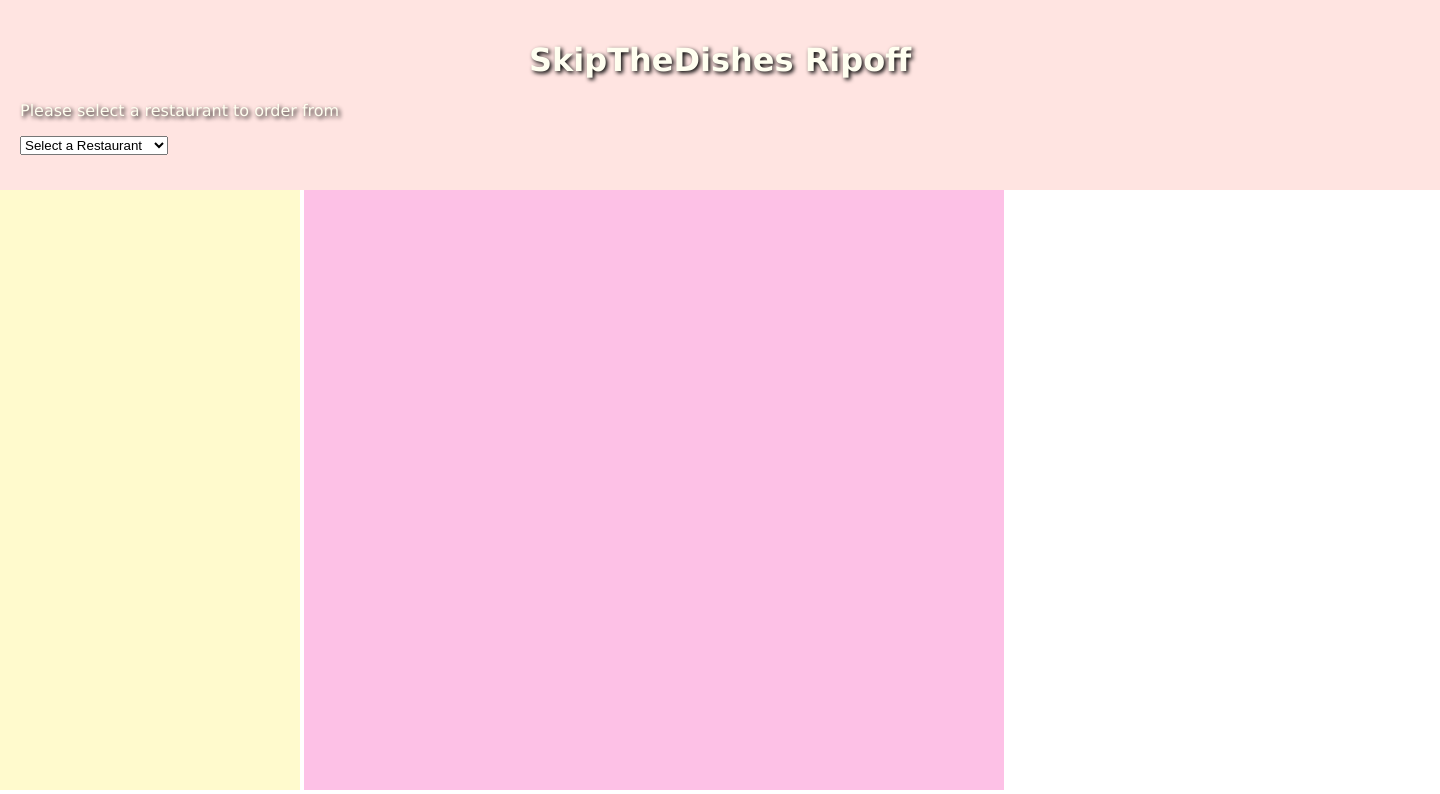
Repository: hudaali14/Carleton
Page: 2406/Assignments/Assignment1 (97)/order.html
An editor plug-in stored every save of this project. The page is shown before and after the next save, followed by the edit.
The browser window is 1280 px wide. The page is 1440 px wide, then 1280 px, so the pictures cover 1440 px, including what lies to the right of the window. The pictures show the whole page.

Above is the page before, as saved 2020-01-25 20:39:24.

### 2406/Assignments/Assignment1 (97)/order.html
<html>
    <head>
        <title> Title </title>
        <link rel="stylesheet" href="style.css">
    </head>
    <body onload="init()">
        <div id="header">
            <h1>SkipTheDishes Ripoff</h1>
            <div id="dropdownText">
                <p>Please select a restaurant to order from</p>
                <select id="dropdown">
                    <option value="select a restaurant" selected>Select a Restaurant</option>
                </select>
            </div>
        </div>

        <div id="categories">
        </div>

        <div id="items">
        </div>

        <script src="client.js"></script>
    </body>
</html>

### 2406/Assignments/Assignment1 (97)/style.css
#header{
    width: 1400px;
    height: 150px;
    margin: 0px;
    padding: 20px;
    border: 0px;
    text-align: center;
    background-color: mistyrose;
    color: ivory;
    text-shadow: 2px 2px 4px #000000;
    font-family: 'Lucida Sans';
}

#dropdownText{
    text-align:left;
}

#categories{
    width: 300px;
    height: 600px;
    background-color: lemonchiffon;
    color: black;
    overflow: auto;
    display: inline-block;
    border: 0px;
    margin: 0px;
}

#items{
    width: 700px;
    height: 600px;
    background-color: rgb(253, 193, 230);
    display: inline-block;
    border: 0px;
    margin: 0px;
    color: black;
}


body{
    margin : 0;
}

### 2406/Assignments/Assignment1 (97)/client.js
let aragorn = {
	name: "Aragorn's Orc BBQ", //The name of the restaurant
	min_order: 20, //The minimum order amount required to place an order
	delivery_charge: 5, //The delivery charge for this restaurant
	//The menu
	menu: {
		//First category
		"Appetizers": {
			//First item of this category
			0: {
				name: "Orc feet",
				description: "Seasoned and grilled over an open flame.", //
				price: 5.50
			},
			1: {
				name: "Pickled Orc fingers",
				description: "Served with warm bread, 5 per order.",
				price: 4.00
			},
			2: { //Thank you Kiratchii
				name: "Sauron's Lava Soup",
				description: "It's just really spicy water.",
				price: 7.50
			},
			3: {
				name: "Eowyn's (In)Famous Stew",
				description: "Bet you can't eat it all.",
				price: 0.50
			},
			4: {
				name: "The 9 rings of men.",
				description: "The finest of onion rings served with 9 different dipping sauces.",
				price: 14.50
			}
		},
		"Combos": {
			5: {
				name: "Buying the Farm",
				description: "An arm and a leg, a side of cheek meat, and a buttered biscuit.",
				price: 15.99
			},
			6: {
				name: "The Black Gate Box",
				description: "Lots of unidentified pieces. Serves 50.",
				price: 65.00
			},
			7: {//Thanks to M_Sabeyon
				name: "Mount Doom Roast Special with Side of Precious Onion Rings.",
				description: "Smeagol's favorite.",
				price: 15.75
			},
			8: { //Thanks Shar[TA]
				name: "Morgoth's Scorched Burgers with Chips",
				description: "Blackened beyond recognition.",
				price: 13.33

			},
			9: {
				name: "Slab of Lurtz Meat with Greens.",
				description: "Get it while supplies last.",
				price: 17.50
			},
			10: {
				name: "Rangers Field Feast.",
				description: "Is it chicken? Is it rabbit? Or...",
				price: 5.99
			}
		},
		"Drinks": {
			11: {
				name: "Orc's Blood Mead",
				description: "It's actually raspberries - Orc's blood would be gross.",
				price: 5.99
			},
			12: {
				name: "Gondorian Grenache",
				description: "A fine rose wine.",
				price: 7.99
			},
			13: {
				name: "Mordor Mourvedre",
				description: "A less-fine rose wine.",
				price: 5.99
			}
		}
	}
};

let legolas = {
	name: "Lembas by Legolas",
	min_order: 15,
	delivery_charge: 3.99,
	menu: {
		"Lembas": {
			0: {
				name: "Single",
				description: "One piece of lembas.",
				price: 3
			},
			1: {
				name: "Double",
				description: "Two pieces of lembas.",
				price: 5.50
			},
			2: {
				name: "Triple",
				description: "Three pieces, which should be more than enough.",
				price: 8.00
			}
		},
		"Combos": {
			3: {
				name: "Second Breakfast",
				description: "Two pieces of lembas with honey.",
				price: 7.50
			},
			4: {
				name: "There and Back Again",
				description: "All you need for a long journey - 6 pieces of lembas, salted pork, and a flagon of wine.",
				price: 25.99
			},
			5: {
				name: "Best Friends Forever",
				description: "Lembas and a heavy stout.",
				price: 6.60
			}
		}
	}
};

let frodo = {
	name: "Frodo's Flapjacks",
	min_order: 35,
	delivery_charge: 6,
	menu: {
		"Breakfast": {
			0: {
				name: "Hobbit Hash",
				description: "Five flapjacks, potatoes, leeks, garlic, cheese.",
				price: 9.00
			},
			1: {
				name: "The Full Flapjack Breakfast",
				description: "Eight flapjacks, two sausages, 3 eggs, 4 slices of bacon, beans, and a coffee.",
				price: 14.00
			},
			2: {
				name: "Southfarthing Slammer",
				description: "15 flapjacks and 2 pints of syrup.",
				price: 12.00
			}

		},
		"Second Breakfast": {
			3: {
				name: "Beorning Breakfast",
				description: "6 flapjacks smothers in honey.",
				price: 7.50
			},
			4: {
				name: "Shire Strawberry Special",
				description: "6 flapjacks and a hearty serving of strawberry jam.",
				price: 8
			},
			5: {
				name: "Buckland Blackberry Breakfast",
				description: "6 flapjacks covered in fresh blackberries. Served with a large side of sausage.",
				price: 14.99
			}
		},
		"Elevenses": {
			6: {
				name: "Lembas",
				description: "Three pieces of traditional Elvish Waybread",
				price: 7.70
			},
			7: {
				name: "Muffins of the Marish",
				description: "A variety of 8 different types of muffins, served with tea.",
				price: 9.00
			},
			8: {
				name: "Hasty Hobbit Hash",
				description: "Potatoes with onions and cheese. Served with coffee.",
				price: 5.00
			}
		},
		"Luncheon": {
			9: {
				name: "Shepherd's Pie",
				description: "A classic. Includes 3 pies.",
				price: 15.99
			},
			10: {
				name: "Roast Pork",
				description: "An entire pig slow-roasted over a fire.",
				price: 27.99
			},
			11: {
				name: "Fish and Chips",
				description: "Fish - fried. Chips - nice and crispy.",
				price: 5.99
			}
		},
		"Afternoon Tea": {
			12: {
				name: "Tea",
				description: "Served with sugar and cream.",
				price: 3
			},
			13: {
				name: "Coffee",
				description: "Served with sugar and cream.",
				price: 3.50
			},
			14: {
				name: "Cookies and Cream",
				description: "A dozen cookies served with a vat of cream.",
				price: 15.99
			},
			15: {
				name: "Mixed Berry Pie",
				description: "Fresh baked daily.",
				price: 7.00
			}
		},
		"Dinner": {
			16: {
				name: "Po-ta-to Platter",
				description: "Boiled. Mashed. Stuck in a stew.",
				price: 6
			},
			17: {
				name: "Bree and Apple",
				description: "One wheel of brie with slices of apple.",
				price: 7.99
			},
			18: {
				name: "Maggot's Mushroom Mashup",
				description: "It sounds disgusting, but its pretty good",
				price: 6.50
			},
			19: {
				name: "Fresh Baked Bread",
				description: "A whole loaf of the finest bread the Shire has to offer.",
				price: 6
			},
			20: {
				name: "Pint of Ale",
				description: "Yes, it comes in pints.",
				price: 5
			}
		},
		"Supper": {
			21: {
				name: "Sausage Sandwich",
				description: "Six whole sausages served on a loaf of bread. Covered in onions, mushrooms and gravy.",
				price: 15.99
			},
			22: {
				name: "Shire Supper",
				description: "End the day as you started it, with a dozen flapjacks, 5 eggs, 3 sausages, 7 pieces of bacon, and a pint of ale.",
				price: 37.99
			}
		}
	}
};

let restaurants = [aragorn, legolas, frodo];
let order = [];


function init(){
	let r = document.getElementById("dropdown");
	for(i = 0; i<restaurants.length; i++){
		let resoptions = document.createElement("option");
		str = JSON.stringify(restaurants[i].name);
		resoptions.value = str;
		resoptions.text = str;
		r.appendChild(resoptions);
	}
	let category = document.getElementById("categories");
	r.onchange= displayCategories;
}

function displayCategories(){
	let dropdownMenu=document.getElementById("dropdown");
	let category=document.getElementById("categories");
	// if(items.length == 0){
	// 	if(confirm("There is a current order with items in it. Do you want to clear the order?")){
	// 		items = [];
	// 		return;
	// 	}
	// }
	category.innerHTML="";
	let index=0;
	if(dropdownMenu.selectedIndex==1){
		let aragornMenu= ["Appetizers", "Combos","Drinks"];
		aragornMenu.forEach(element => {
			let para =document.createElement("p");
			para.innerHTML=element;
			category.appendChild(para);
			index++;
		});
		displayItems(aragorn, aragornMenu);
	}else if(dropdownMenu.selectedIndex==2){
		let legolasMenu=["Lembas", "Combos"];
		legolasMenu.forEach(element => {
			let para =document.createElement("p");
			para.innerHTML=element;
			//para.href="/Users/hudaali/Desktop/2406/assignment1#items"
			category.appendChild(para);
			index++;
		});
		displayItems(legolas, legolasMenu);
	}else if(dropdownMenu.selectedIndex==3){
		let frodoMenu=["Breakfast","Second Breakfast","Elevenses","Luncheon","Afternoon Tea","Dinner","Supper"];
		frodoMenu.forEach(element => {
			let para =document.createElement("p");
			para.innerHTML=element;
			category.appendChild(para);
			index++;
		});
		displayItems(frodo, frodoMenu);
	}else{
		let x=5;
	}
}

function displayItems(restaurant, restaurantMenu){
	let itemMenu = document.getElementById("items");
	itemMenu.innerHTML = "";
	let categoryItems = restaurant.menu;
	let counter = 0;
  	for(let i = 0; i < restaurantMenu.length; i++){
		  let category = document.createElement("h3");
		  category.innerHTML = restaurantMenu[i]+"<br/>";
		  itemMenu.appendChild(category);
    	while(typeof restaurant.menu[restaurantMenu[i]][counter] !== "undefined"){
			let item = restaurant.menu[restaurantMenu[i]][counter];
			let para = document.createElement("p");
			para.innerHTML = "Name: " + item.name + "<br/>";
			para.innerHTML += "Description: " + item.description + "<br/>";
			para.innerHTML += "Price: " + item.price + "<br/>";
			itemMenu.appendChild(para);
      		counter++;
    	}
  	}
}

After the next save:
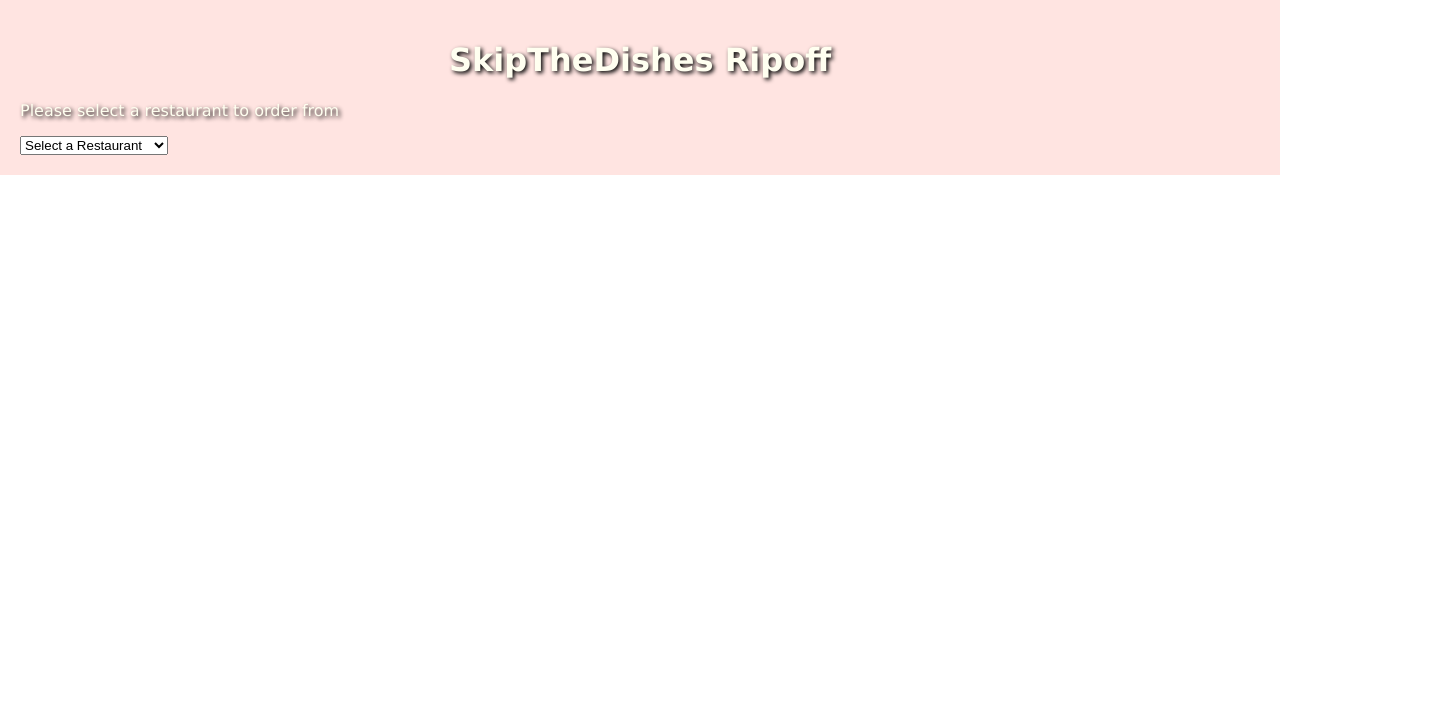
Saved 2 min 42 s later.
--- a/2406/Assignments/Assignment1 (97)/style.css
+++ b/2406/Assignments/Assignment1 (97)/style.css
@@ -1,6 +1,4 @@
 #header{
-    width: 1400px;
-    height: 150px;
     margin: 0px;
     padding: 20px;
     border: 0px;
@@ -16,8 +14,6 @@
 }
 
 #categories{
-    width: 300px;
-    height: 600px;
     background-color: lemonchiffon;
     color: black;
     overflow: auto;
@@ -27,8 +23,6 @@
 }
 
 #items{
-    width: 700px;
-    height: 600px;
     background-color: rgb(253, 193, 230);
     display: inline-block;
     border: 0px;
